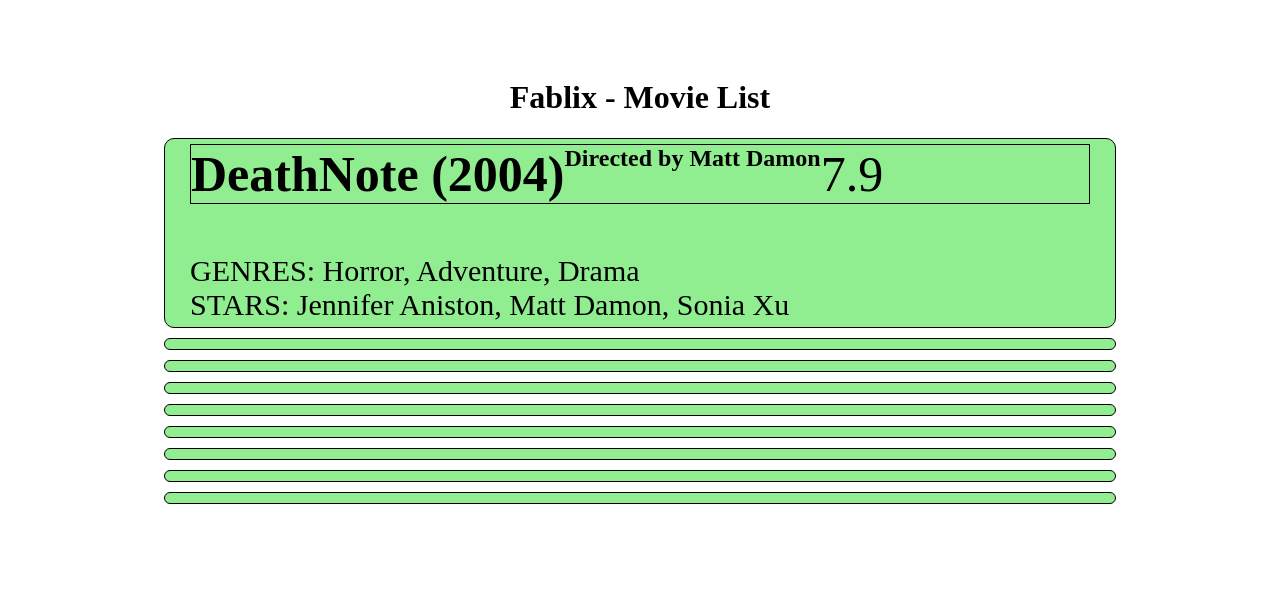
Repository: csumphan/fablix
Page: Project1/WebContent/index.html
An editor plug-in stored every save of this project. The page is shown before and after the next save, followed by the edit.
The browser window is 1280 px wide. The pictures show the whole page.

Above is the page before, as saved 2018-01-23 00:12:44.

After the next save:
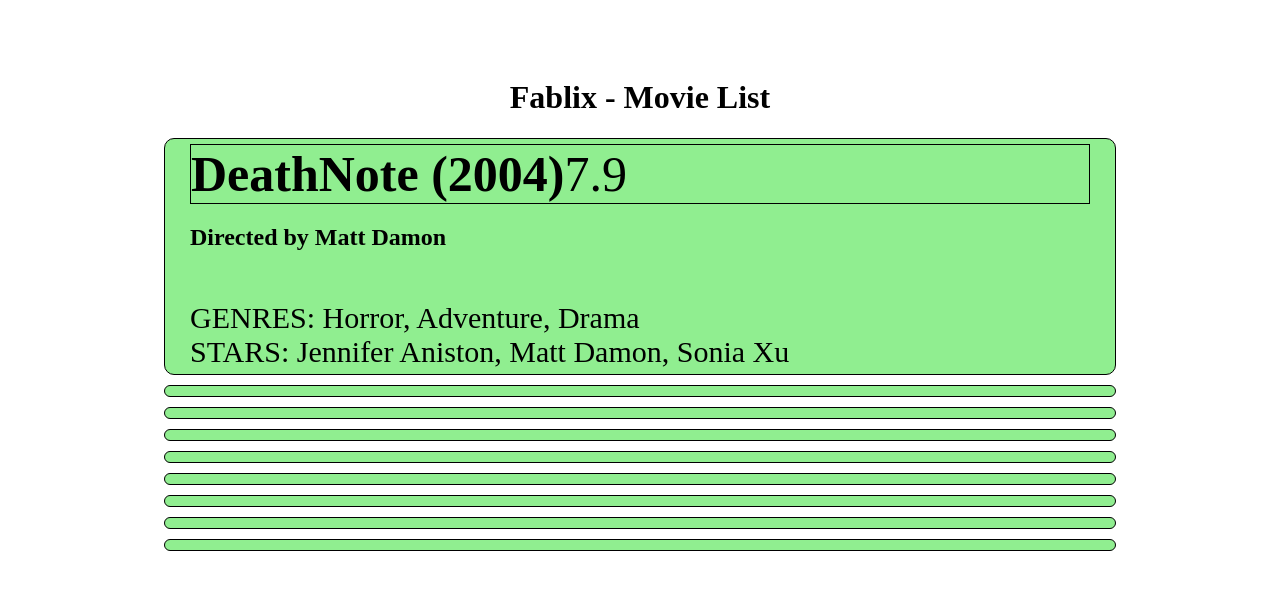
Saved 33 s later.
--- a/Project1/WebContent/index.html
+++ b/Project1/WebContent/index.html
@@ -11,8 +11,10 @@
 		<div class="movie-item">
 			<div class="header-container">
 				<h1>DeathNote <span>(2004)</span></h1>
+				<div class="rating">7.9</div>
+			</div>
+			<div class="sub-header-container">
 				<h2>Directed by Matt Damon</h2>
-				<div class="rating">7.9</div>
 			</div>
 			<div class="info-container">
 				<div class="genres-container">
